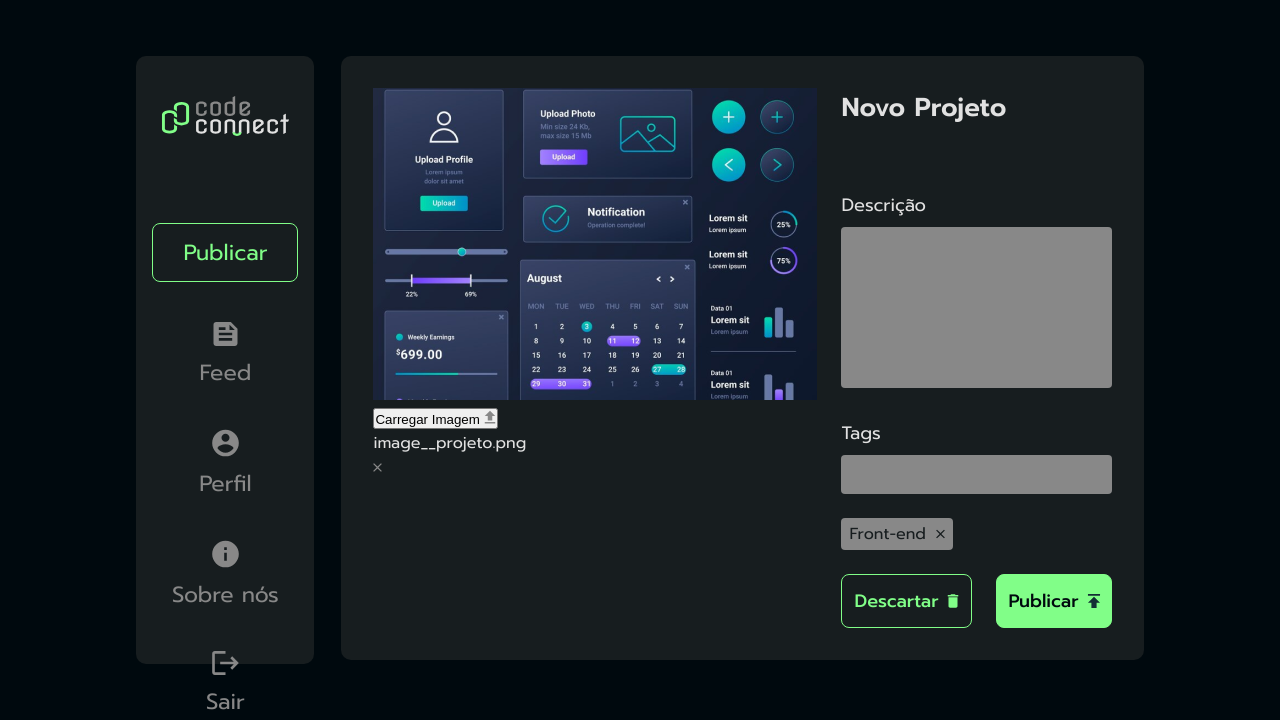
Repository: joaoPraiaJunior/async_await
Page: index.html
An editor plug-in stored every save of this project. The page is shown before and after the next save, followed by the edit.
The browser window is 1280 px wide. The pictures show the whole page.

Above is the page before, as saved 2024-08-24 20:43:42.

### index.html
<!DOCTYPE html>
<html lang="pt-BR" dir="ltr">

<head>
    <meta charset="UTF-8">
    <meta name="viewport" content="width=device-width, initial-scale=1.0">
    <meta name="description" content="Projeto Async Await">
    <link rel="preconnect" href="https://fonts.googleapis.com">
    <link rel="preconnect" href="https://fonts.gstatic.com" crossorigin>
    <link href="https://fonts.googleapis.com/css2?family=Prompt:ital,wght@0,100;0,200;0,300;0,400;0,500;0,600;0,700;0,800;0,900;1,100;1,200;1,300;1,400;1,500;1,600;1,700;1,800;1,900&display=swap" rel="stylesheet">
    <link rel="stylesheet" href="./css/styles.css">
    <title>CodeConnect</title>
</head>

<body>

    <aside class="l-lateral">
        <figure><img src="./img/Logo.svg" alt="Logo do codeconnect"></figure>
        <nav class="c-menu">
            <ul class="c-menu__lista">
                <li class="c-menu__item"><a href="#" class="c-menu__link">Publicar</a></li>
                <li class="c-menu__item"><a href="#" class="c-menu__link"><img src="./img/feed.svg" aria-hidden="true" alt>Feed</a></li>
                <li class="c-menu__item"><a href="#" class="c-menu__link"><img src="./img/account_circle.svg" aria-hidden="true" alt>Perfil</a></li>
                <li class="c-menu__item"><a href="#" class="c-menu__link"><img src="./img/info.svg" aria-hidden="true" alt>Sobre nós</a></li>
                <li class="c-menu__item"><a href="#" class="c-menu__link"><img src="./img/logout.svg" aria-hidden="true" alt>Sair</a></li>
            </ul>
        </nav>
    </aside>

    <main class="l-principal">
        <div class="c-upload-imagem">
            <div class="c-upload-imagem__container">
                <figure class="c-upload-imagem__publicacao">
                    <img src="./img/imagem1.png" alt>
                </figure>
            </div>
            <button class="c-upload-imagem__botao" aria-label="carregar imagem">Carregar Imagem <img src="./img/upload.svg" aria-hidden="true" alt></button>
            <div class="c-upload-imagem__descricao">
                <p>image__projeto.png</p>
                <img src="./img/close.svg" aria-hidden="true" alt>
            </div>
        </div>

        <div class="c-formulario">
            <h2 class="c-formulario__titulo">Novo Projeto</h2>
            <form class="c-formulario__acoes">
                <div class="c-formulario__grupo">
                    <label for="Descricao">Descrição</label>
                    <textarea name="descricao" id="descricao">
                    </textarea>
                </div>

                <div class="c-formulario__grupo">
                    <label for="Tags">Tags</label>
                    <input type="text" name="tags" id="tags">
                </div>

                <ul class="c-formulario__lista">
                    <li class="c-formulario__lista-tags">
                        <p>Front-end</p>
                        <img src="./img/close-black.svg" alt>
                    </li>
                </ul>

                <div class="c-formulario__botoes">
                    <button class="c-formulario__botao c-formulario__botao--descartar">Descartar</button>
                    <button class="c-formulario__botao c-formulario__botao--salvar">Publicar</button>
                </div>
            </form>
        </div>
    </main>

    <script src="./js/scripts.js"></script>
</body>

</html>

### css/styles.css
:root {
  /* Cores */
  --background-color: #00090e;
  --cor-do-texto: #e1e1e1;
  --cor-primaria: #81fe88;
  --cor-secundaria: #888888;
  --cor-da-tag: #171d1f;
  --componentes-do-background: #171d1f;

  /* Fontes */
  --fonte-padrao: "Prompt", sans-serif;
}

* {
  margin: 0;
  padding: 0;
  box-sizing: border-box;
}

html {
  font-size: 62.5%;
}

body {
  display: flex;
  justify-content: center;
  align-items: start;
  gap: 2.7rem;
  font-family: var(--fonte-padrao);
  font-size: 1.6rem;
  background-color: var(--background-color);
  color: var(--cor-do-texto);
  padding: 5.6rem 0;
  height: 100vh;
}

.l-lateral {
  text-align: center;
  background-color: var(--componentes-do-background);
  border-radius: 1rem;
  padding: 4rem 1.6rem;
  height: 100%;
}

.c-menu__lista {
  display: flex;
  flex-direction: column;
  align-items: center;
  gap: 4rem;
  margin-top: 8rem;
  list-style-type: none;
}

.c-menu__link {
  display: flex;
  flex-direction: column;
  align-items: center;
  gap: 1rem;
  font-size: 2.2rem;
  text-decoration: none;
  color: var(--cor-secundaria);
}

.c-menu__lista li:first-of-type a {
  color: var(--cor-primaria);
  border: 0.1rem solid var(--cor-primaria);
  border-radius: 0.8rem;
  padding: 1.2rem 3rem;
}

.l-principal {
  display: flex;
  gap: 2.4rem;
  background-color: var(--componentes-do-background);
  border-radius: 1rem;
  padding: 3.2rem;
}

.c-formulario {
  display: flex;
  flex-direction: column;
  gap: 2.4rem;
}

.c-formulario__titulo {
  font-size: 2.6rem;
  font-weight: 600;
  margin-bottom: 4rem;
}

.c-formulario__acoes {
  display: flex;
  flex-direction: column;
  gap: 2.4rem;
}

.c-formulario__grupo label {
  display: block;
  font-size: 1.8rem;
  font-weight: 400;
  margin-bottom: 0.8rem;
}

.c-formulario__grupo input,
textarea {
  background-color: var(--cor-secundaria);
  font-family: var(--fonte-padrao);
  line-height: 2.25rem;
  border: none;
  border-radius: 0.4rem;
  padding: 0.8rem 1.6rem;
  width: 100%;
}

.c-formulario__grupo textarea {
  resize: none;
  height: 16.1rem;
}

.c-formulario__grupo input {
  height: 3.9rem;
}

.c-formulario__lista {
  display: flex;
  list-style-type: none;
}

.c-formulario__lista-tags {
  display: flex;
  gap: 1rem;
  color: var(--cor-da-tag);
  background-color: var(--cor-secundaria);
  border-radius: 0.4rem;
  padding: 0.4rem 0.8rem;
}

.c-formulario__botoes {
  display: flex;
  justify-content: space-between;
  gap: 2.4rem;
}

.c-formulario__botao {
  font-family: var(--fonte-padrao);
  font-size: 1.8rem;
  font-weight: 500;
  text-align: center;
  border-radius: 0.8rem;
  padding: 1.2rem 3.2rem 1.2rem 1.2rem;
  cursor: pointer;
}

.c-formulario__botao--descartar,
.c-formulario__botao--salvar {
  position: relative;
}

.c-formulario__botao--descartar {
  color: var(--cor-primaria);
  background-color: var(--componentes-do-background);
  border: 0.1rem solid var(--cor-primaria);
}

.c-formulario__botao--salvar {
  color: var(--background-color);
  background-color: var(--cor-primaria);
  border: 0.1rem solid var(--cor-primaria);
}

.c-formulario__botao--descartar::after,
.c-formulario__botao--salvar::after {
  content: "";
  display: inline-block;
  position: absolute;
  top: 50%;
  background-size: contain;
  background-repeat: no-repeat;
  margin-left: 0.8rem;
  width: 1.5rem;
  height: 1.5rem;
  transform: translateY(-50%);
}

.c-formulario__botao--descartar::after {
  background-image: url("../img/trash.svg");
}

.c-formulario__botao--salvar::after {
  background-image: url("../img/arrow_forward2.svg");
}

.c-upload-imagem__container {
    width 42.2rem;
}

Loaded but not shown: js/scripts.js (no copy from this time; the picture is the same without it)

After the next save:
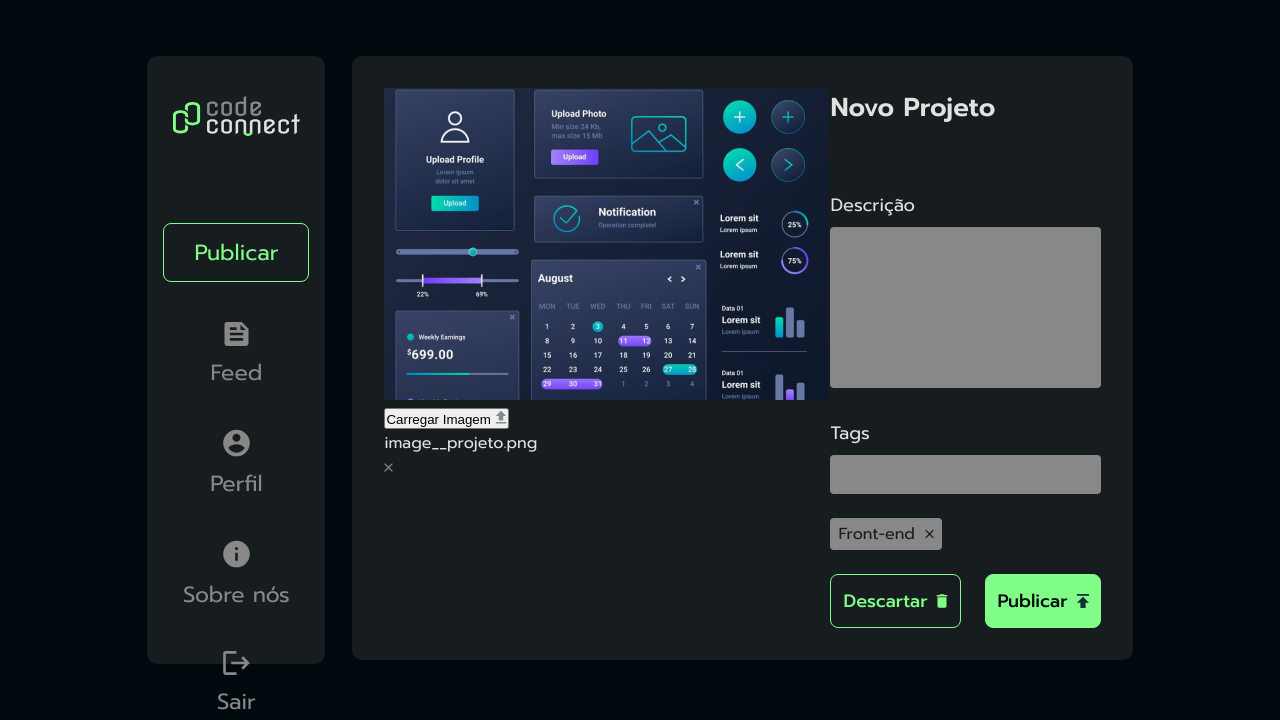
Saved 11 s later.
--- a/css/styles.css
+++ b/css/styles.css
@@ -191,5 +191,5 @@ textarea {
 }
 
 .c-upload-imagem__container {
-    width 42.2rem;
+    width: 42.2rem;
 }
